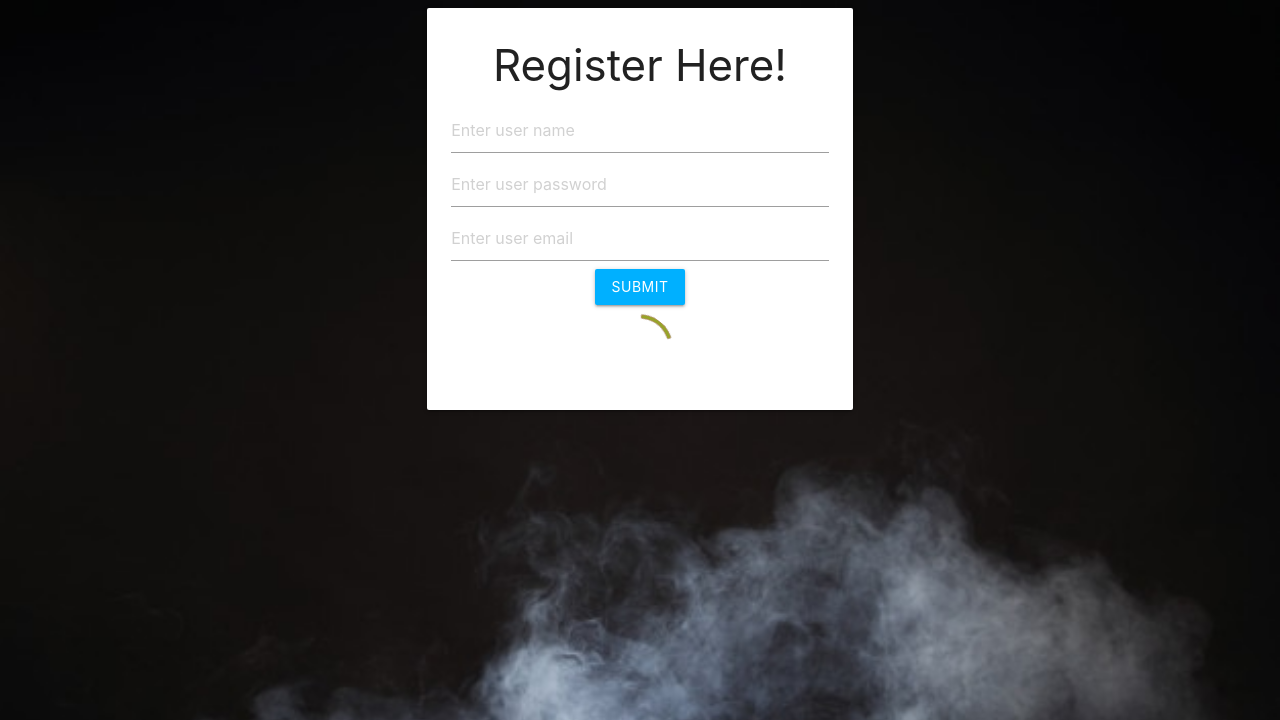
Repository: riddhiwho/Eclipse-Projects
Page: http://localhost/Register/signup.jsp
The author's editor kept a copy of each file at every save. The page is drawn from the files as they stood at one save, then again after the next save.
The browser window is 1280 px wide. The pictures show the whole page.
The page is served by Tomcat 9. Other server files are loaded and not shown.

Above is the page before, as saved 2021-06-05 06:10:21.

### Register/src/main/webapp/signup.jsp
<%@ page language="java" contentType="text/html; charset=UTF-8"
    pageEncoding="UTF-8"%>
<!DOCTYPE html>
<html>
<head>
<meta charset="UTF-8">
<title>JSP Page</title>

    <!-- Compiled and minified CSS -->
    <link rel="stylesheet" href="https://cdnjs.cloudflare.com/ajax/libs/materialize/1.0.0/css/materialize.min.css">

    <!-- Compiled and minified JavaScript -->
    <script src="https://cdnjs.cloudflare.com/ajax/libs/materialize/1.0.0/js/materialize.min.js"></script>

</head>
<body style="background: url(img/bg.jpg); background-size: cover; background-attachment: fixed;">
	<div class="container">
		<div class="row">
			<div class="col m6 offset-m3">
				<div class="card">
					<div class="card-content">
						<h3 style="margin-top: 10px;" class="center-align">Register Here!</h3>

						<div class="form center-align">

							<form action="Register" method="post">
								<input type="text" name="user_name" placeholder="Enter user name" />
								<input type="password" name="user_password" placeholder="Enter user password" />
								<input type="email" name="user_email" placeholder="Enter user email" />

								<button type="submit" class="btn light-blue accent-3">Submit</button>

							</form>

						</div>

						<div class="loader center-align" style="margin-top: 10px;">


    <div class="preloader-wrapper big active">
      <div class="spinner-layer spinner-blue">
        <div class="circle-clipper left">
          <div class="circle"></div>
        </div><div class="gap-patch">
          <div class="circle"></div>
        </div><div class="circle-clipper right">
          <div class="circle"></div>
        </div>
      </div>

      <div class="spinner-layer spinner-red">
        <div class="circle-clipper left">
          <div class="circle"></div>
        </div><div class="gap-patch">
          <div class="circle"></div>
        </div><div class="circle-clipper right">
          <div class="circle"></div>
        </div>
      </div>

      <div class="spinner-layer spinner-yellow">
        <div class="circle-clipper left">
          <div class="circle"></div>
        </div><div class="gap-patch">
          <div class="circle"></div>
        </div><div class="circle-clipper right">
          <div class="circle"></div>
        </div>
      </div>

      <div class="spinner-layer spinner-green">
        <div class="circle-clipper left">
          <div class="circle"></div>
        </div><div class="gap-patch">
          <div class="circle"></div>
        </div><div class="circle-clipper right">
          <div class="circle"></div>
        </div>
      </div>
    </div>

						</div>
					</div>
				</div>
			</div>
		</div>
	</div>
</body>
</html>

After the next save:
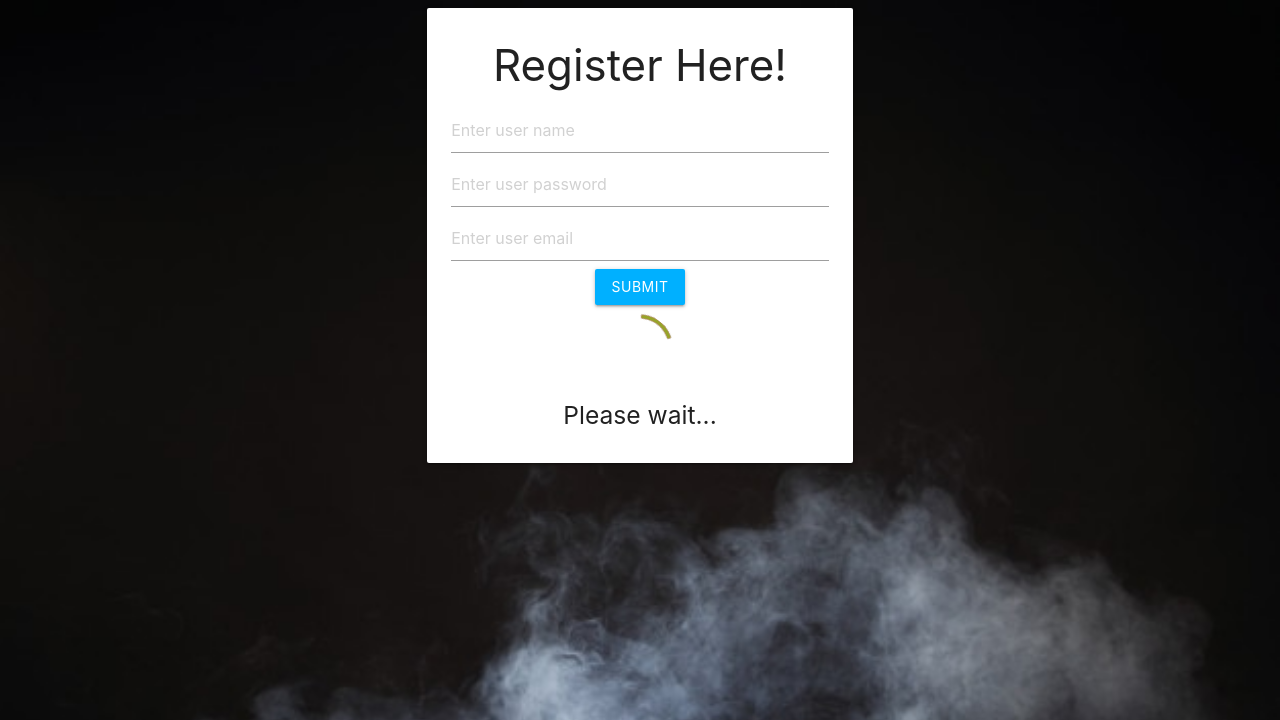
Saved 36 s later.
--- a/Register/src/main/webapp/signup.jsp
+++ b/Register/src/main/webapp/signup.jsp
@@ -79,6 +79,8 @@
       </div>
     </div>
 
+						<h5>Please wait...</h5>
+
 						</div>
 					</div>
 				</div>
